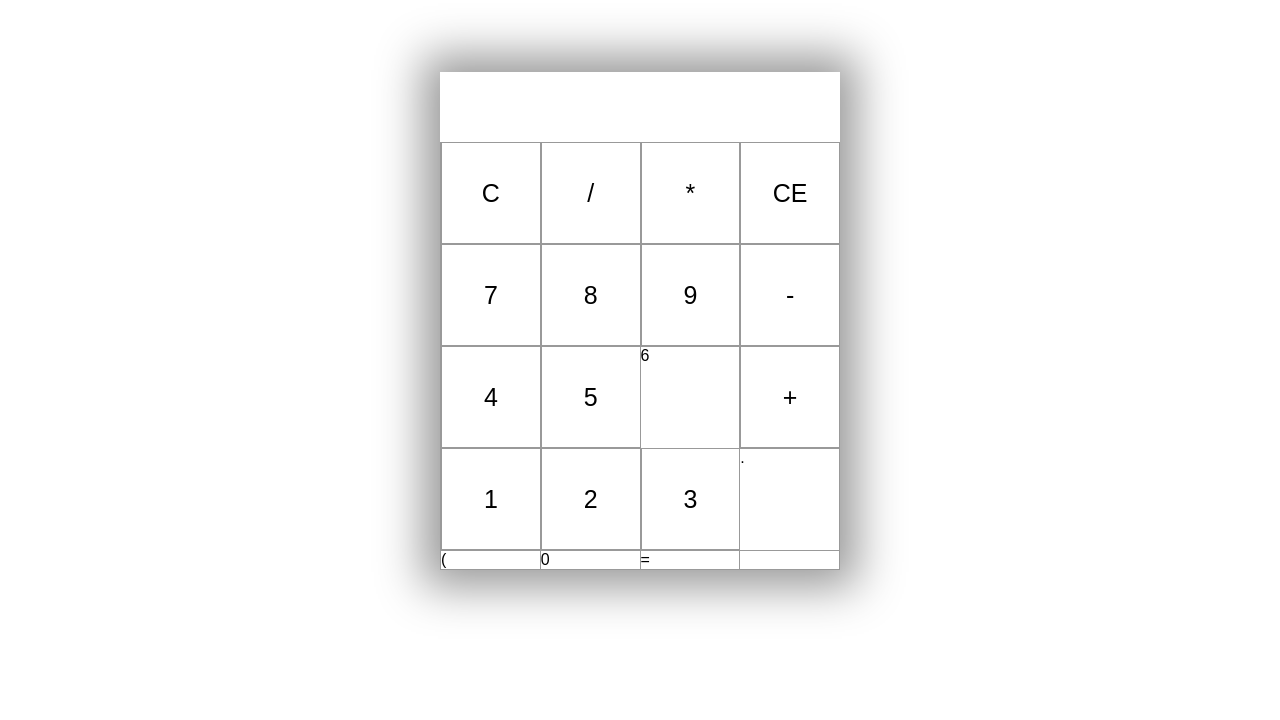
Repository: LuisMiLR/Calculatrice-with-JS---HTML---CSS-
Page: index.html
An editor plug-in stored every save of this project. The page is shown before and after a run of saves, followed by the edit.
The browser window is 1280 px wide. The pictures show the whole page.

Above is the page before, as saved 2023-03-20 15:29:54.

### index.html
<!DOCTYPE html>
<html lang="fr">
<head>
    <meta charset="UTF-8">
    <meta http-equiv="X-UA-Compatible" content="IE=edge">
    <meta name="viewport" content="width=device-width, initial-scale=1.0">
    <title>Calculator with javascript</title>
    <link rel="stylesheet" href="./style.css">
    <script src="app.js" type="module"></script>
</head>
<body>
    <div class="container"></div>

</body>
</html>

### style.css
*{
    padding: 0;
    margin: 0;
    font-family: sans-serif;
    box-sizing: border-box;
}
.container {
    max-width: 400px;
    margin: 10vh auto 0 auto;
    box-shadow: 0px 0px 43px 17px rgba(153,153,153,1);
}

#display {
    text-align: right;
    height: 70px;
    line-height: 70px;
    padding: 16px 8px;
    font-size: 25px;
}

.buttons {
    display: grid;
    border-bottom: 1px solid #999;
    border-left: 1px solid#999;
    grid-template-columns: 1fr 1fr 1fr 1fr;
}

.buttons > div {
    border-top: 1px solid #999;
    border-right: 1px solid#999;
}

.bouton, .bouton1, .bouton2, .bouton3, .bouton4, .bouton5, .button5, .bouton6, .bouton7, .bouton8, .bouton9, bouton10, .bouton11, .bouton12, .bouton13, .bouton14, .bouton15 .bouton16 .bouton17 {
    border: 0.5px solid #999;
    line-height: 100px;
    text-align: center;
    font-size: 25px;
    cursor: pointer;
}

#equal {
    background-color: rgb(85, 85, 255);
    color: white;
}

.button:hover {
    background-color: #323330;
    color: white;
    transition: 0.5s ease-in-out;
}

### app.js
document.addEventListener('DOMContentLoaded', () => {
const container = document.querySelector('.container');

const divId = document.createElement("div");
container.appendChild(divId);
divId.id = 'display';

const buttons = document.createElement("div");
buttons.classList.add("buttons");
container.appendChild(buttons);

const button = document.createElement('div');
button.className = "bouton";
button.textContent = "C";
buttons.appendChild(button);

const button1 = document.createElement('div');
button1.className = "bouton1";
button1.textContent = "/";
buttons.appendChild(button1);

const button2 = document.createElement('div');
button2.className = "bouton2";
button2.textContent = "*";
buttons.appendChild(button2);

const button3 = document.createElement('div');
button3.className = "bouton3";
button3.textContent = "CE";
buttons.appendChild(button3);

const button4 = document.createElement('div');
button4.className = "bouton4";
button4.textContent = "7";
buttons.appendChild(button4);

const button5 = document.createElement('div');
button5.className = "bouton5";
button5.textContent = "8";
buttons.appendChild(button5);

const button6 = document.createElement('div');
button6.className = "bouton6";
button6.textContent = "9";
buttons.appendChild(button6);

const button7 = document.createElement('div');
button7.className = "bouton7";
button7.textContent = "-";
buttons.appendChild(button7);

const button8 = document.createElement('div');
button8.className = "bouton8";
button8.textContent = "4";
buttons.appendChild(button8);

const button9 = document.createElement('div');
button9.className = "bouton9";
button9.textContent = "5";
buttons.appendChild(button9);

const button10 = document.createElement('div');
button10.className = "bouton10";
button10.textContent = "6";
buttons.appendChild(button10);

const button11 = document.createElement('div');
button11.className = "bouton11";
button11.textContent = "+";
buttons.appendChild(button11);

const button12 = document.createElement('div');
button12.className = "bouton12";
button12.textContent = "1";
buttons.appendChild(button12);

const button13 = document.createElement('div');
button13.className = "bouton13";
button13.textContent = "2";
buttons.appendChild(button13);

const button14 = document.createElement('div');
button14.className = "bouton14";
button14.textContent = "3";
buttons.appendChild(button14);

const button15 = document.createElement('div');
button15.className = "bouton15";
button15.textContent = ".";
buttons.appendChild(button15);

const button16 = document.createElement('div');
button16.className = "bouton16";
button16.textContent = "(";
buttons.appendChild(button16);

const button17 = document.createElement('div');
button17.className = "bouton17";
button17.textContent = "0";
buttons.appendChild(button17);

const button18 = document.createElement('div');
button18.className = "bouton18";
button18.textContent = ")";
buttons.appendChild(button18);

const button19 = document.createElement("div");
button19.setAttribute("id","button19");
button18.textContent = "=";
buttons.appendChild(button19);

})

After the next 4 saves:
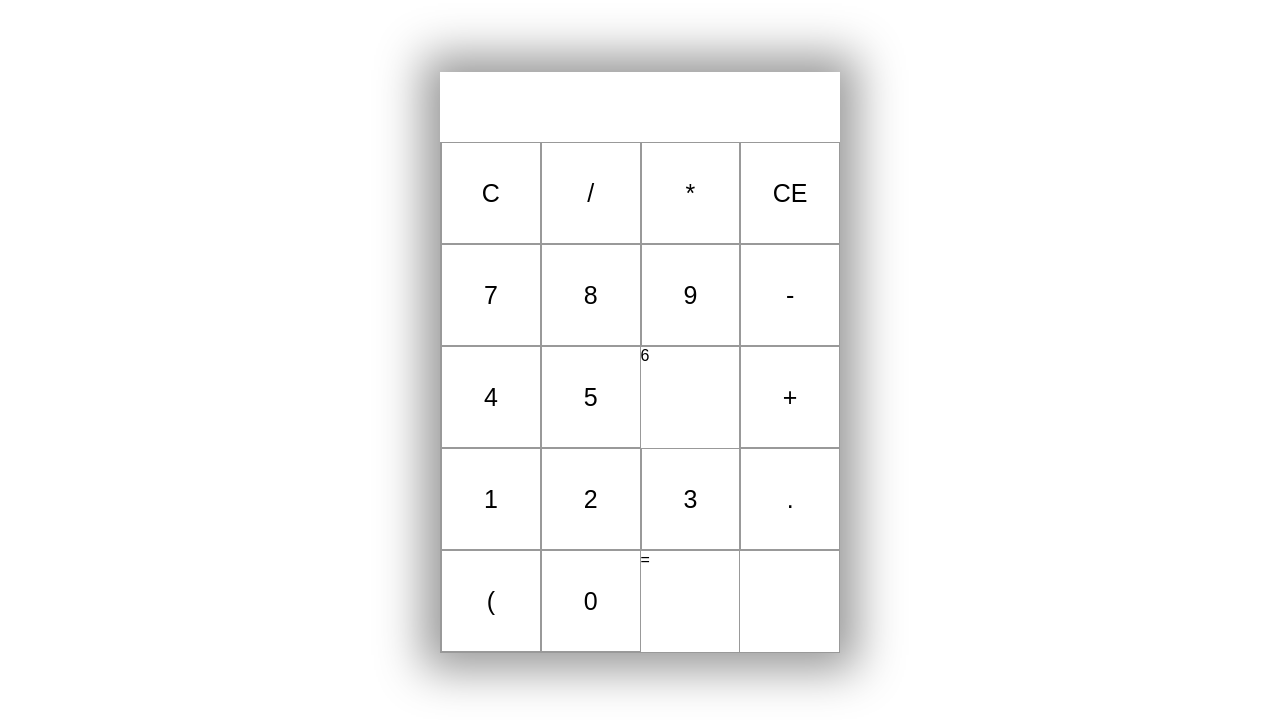
The 4 saves are shown as one change because they came seconds apart.
The last was saved 14 s later.
--- a/style.css
+++ b/style.css
@@ -30,7 +30,7 @@
     border-right: 1px solid#999;
 }
 
-.bouton, .bouton1, .bouton2, .bouton3, .bouton4, .bouton5, .button5, .bouton6, .bouton7, .bouton8, .bouton9, bouton10, .bouton11, .bouton12, .bouton13, .bouton14, .bouton15 .bouton16 .bouton17 {
+.bouton, .bouton1, .bouton2, .bouton3, .bouton4, .bouton5, .button5, .bouton6, .bouton7, .bouton8, .bouton9, bouton10, .bouton11, .bouton12, .bouton13, .bouton14, .bouton15, .bouton16, .bouton17 {
     border: 0.5px solid #999;
     line-height: 100px;
     text-align: center;
